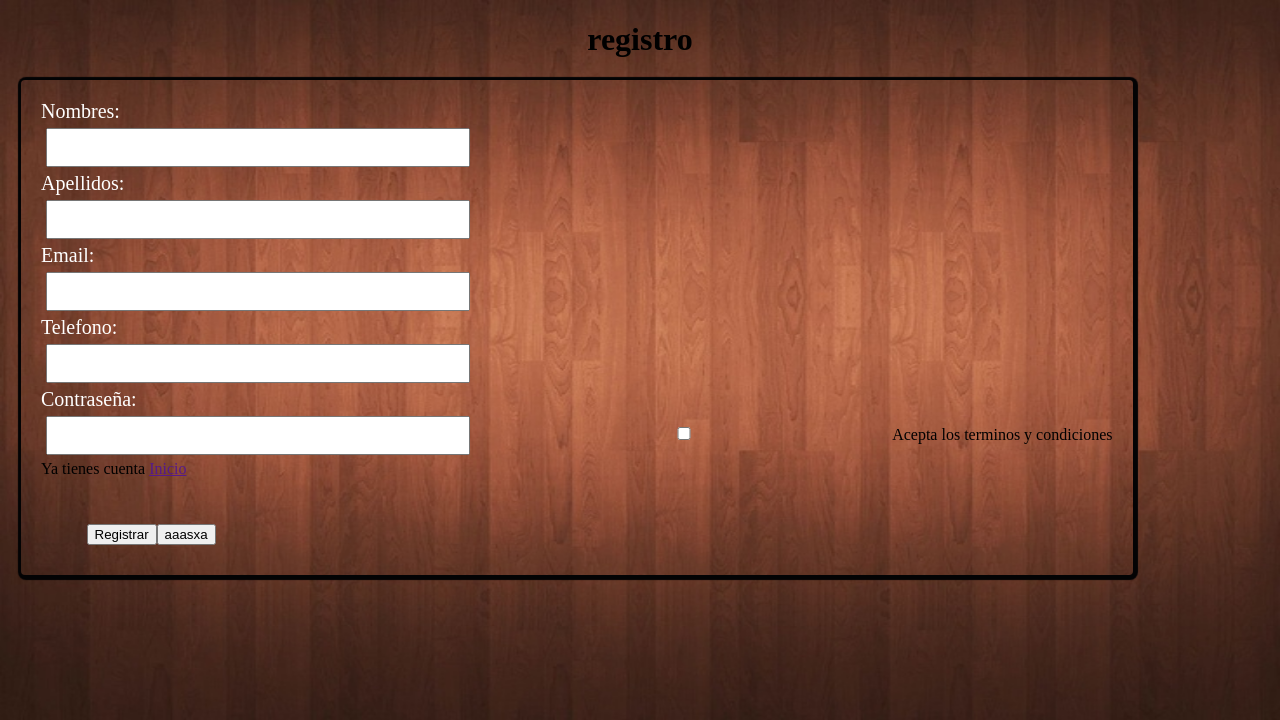
Repository: ye909/aplicacion_restaurante
Page: public/templeis/registro.html
The author's editor kept a copy of each file at every save. The page is drawn from the files as they stood at one save, then again after the next save.
The browser window is 1280 px wide. The pictures show the whole page.

Above is the page before, as saved 2024-11-12 21:49:39.

### public/templeis/registro.html
<!DOCTYPE html>
<html lang="en">
<head>
    <meta charset="UTF-8">
    <meta name="viewport" content="width=device-width, initial-scale=1.0">
    <link rel="stylesheet" href="../css/registro.css">
    <title>Document</title>
</head>
<body>
    <h1>registro</h1>
    <div class="container_registro">
        <form action="" method="post">
            <label for="nombres">Nombres:</label><br>
            <input type="text" id="nombres" name="nombres" required>
            <br>
            <label for="apellidos">Apellidos:</label><br>
            <input type="text" id="apellidos" name="apellidos" required>
            <br>
            <label for="email">Email:</label><br>
            <input type="email" id="email" name="email" >
            <br>
            <label for="number">Telefono:</label><br>
            <input type="number" id="telefono" name="telefono" >
            <br>
            <label for="password">Contraseña:</label><br>
            <input type="password" id="password" name="password">
            <input type="checkbox"> Acepta los terminos y condiciones
            <div> </div>
           <div> Ya tienes cuenta <a href="">Inicio</a></div>
            <br><br>
            <div class="container_btn">
                <button>Registrar</button>
                <button>aaasxa</button>
            </div>
        </form>
    </div>
</body>
</html>

### public/css/registro.css

body{

    background-image: url(../imagen/fondo_card.jpg);
    background-attachment: fixed;
    background-size:cover;
    background-repeat:no-repeat;
    background-size: 100% 100%;
}
h1{
    text-align: center;
}
.container_registro{
    width: 90%;
    display: flex;
    justify-content: center;
    align-items:center;
}
form{

    padding: 20px;

  box-shadow: rgb(3, 3, 4) 1px 1px 1px 4px   ;
 border-radius: 4px;
}
label{
    color:white;
    font-size: 20px;
}
.container_btn{
    display: flex;
    justify-content: center;
    align-items: center;
    padding: 10px;
    width: 200px;
}
input{
    padding: 10px;
    width: 400px;
    margin: 5px;
}
/*
label{
    font-size: 20px;

}

:is(button){
    padding: 6px;
    width: 160px;
    margin: 10px;
}
.checkbox{
    display: flex;
} */

After the next save:
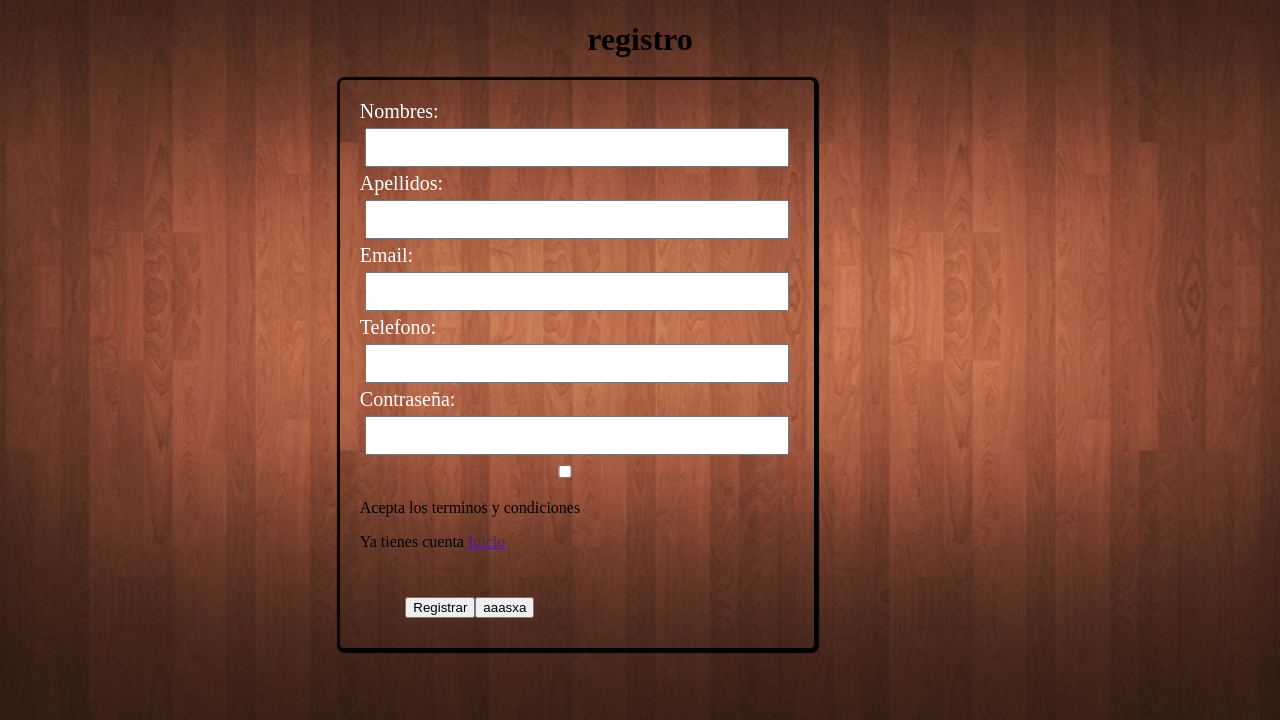
Saved 54 s later.
--- a/public/templeis/registro.html
+++ b/public/templeis/registro.html
@@ -24,8 +24,10 @@
             <br>
             <label for="password">Contraseña:</label><br>
             <input type="password" id="password" name="password">
-            <input type="checkbox"> Acepta los terminos y condiciones
-            <div> </div>
+            <div>
+                <div><input type="checkbox"></div>
+                <div><p>Acepta los terminos y condiciones</p></div>
+             </div>
            <div> Ya tienes cuenta <a href="">Inicio</a></div>
             <br><br>
             <div class="container_btn">
